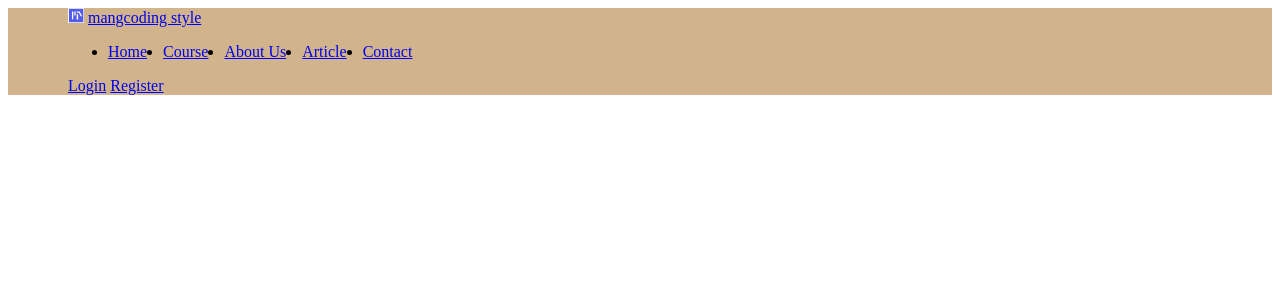
Repository: Dania-Alqam/landing-page
Page: index.html
These files come from the project's save history. The page is drawn as it stood at one moment and after a run of saves; the edit follows.
The browser window is 1280 px wide. The pictures show the whole page.

Above is the page before, as saved 2024-06-21 19:23:19.

After the next 2 saves:
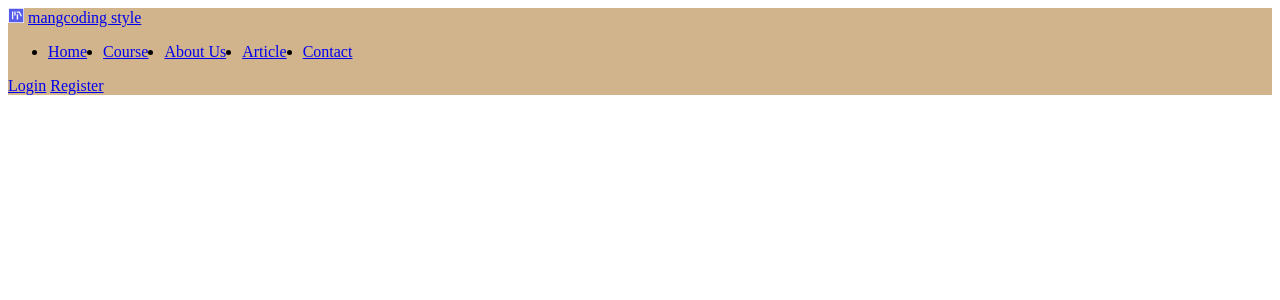
The 2 saves are shown as one change because they came seconds apart.
The last was saved 25 s later.
--- a/assests/css/main.css
+++ b/assests/css/main.css
@@ -1,10 +1,4 @@
-/* start public style*/
 
-.container{
-    /* width from fugma is 60px from each side*/
-    width: calc(100% - 120px);
-    margin: auto;
-}
 
 .header{
     /* it will not work becuase we added contianer so we add row*/
